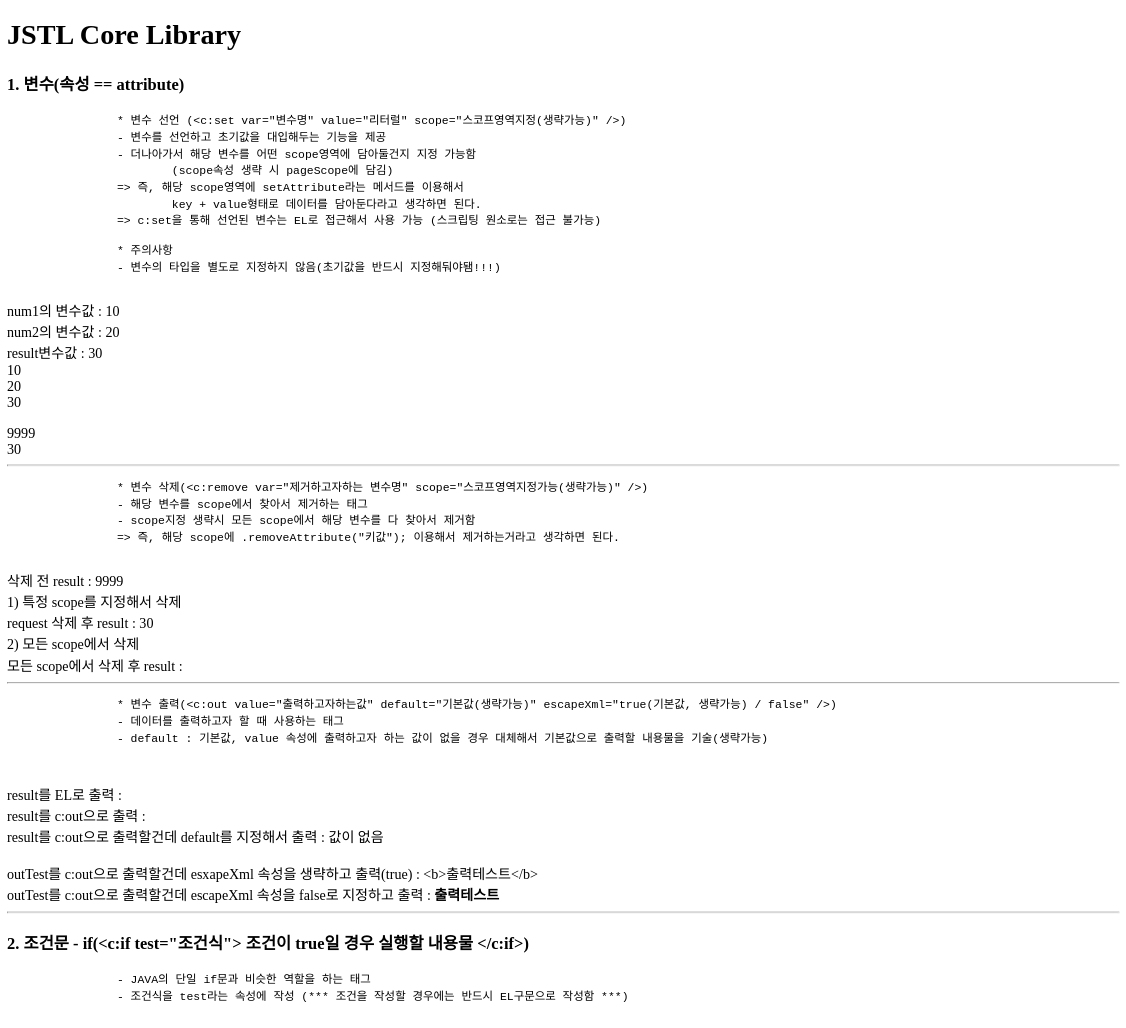
Repository: DonghwanSon1/ajax-jsp-study
Page: http://localhost/ActionProject/views/3_CustomAction/01_core.jsp
An editor plug-in stored every save of this project. The page is shown before and after the next save, followed by the edit.
The browser window is 1280 px wide. The pictures show the whole page, at 88% of full size.
The page is served by Tomcat 9.

Above is the page before, as saved 2022-07-12 07:15:27.

After the next save:
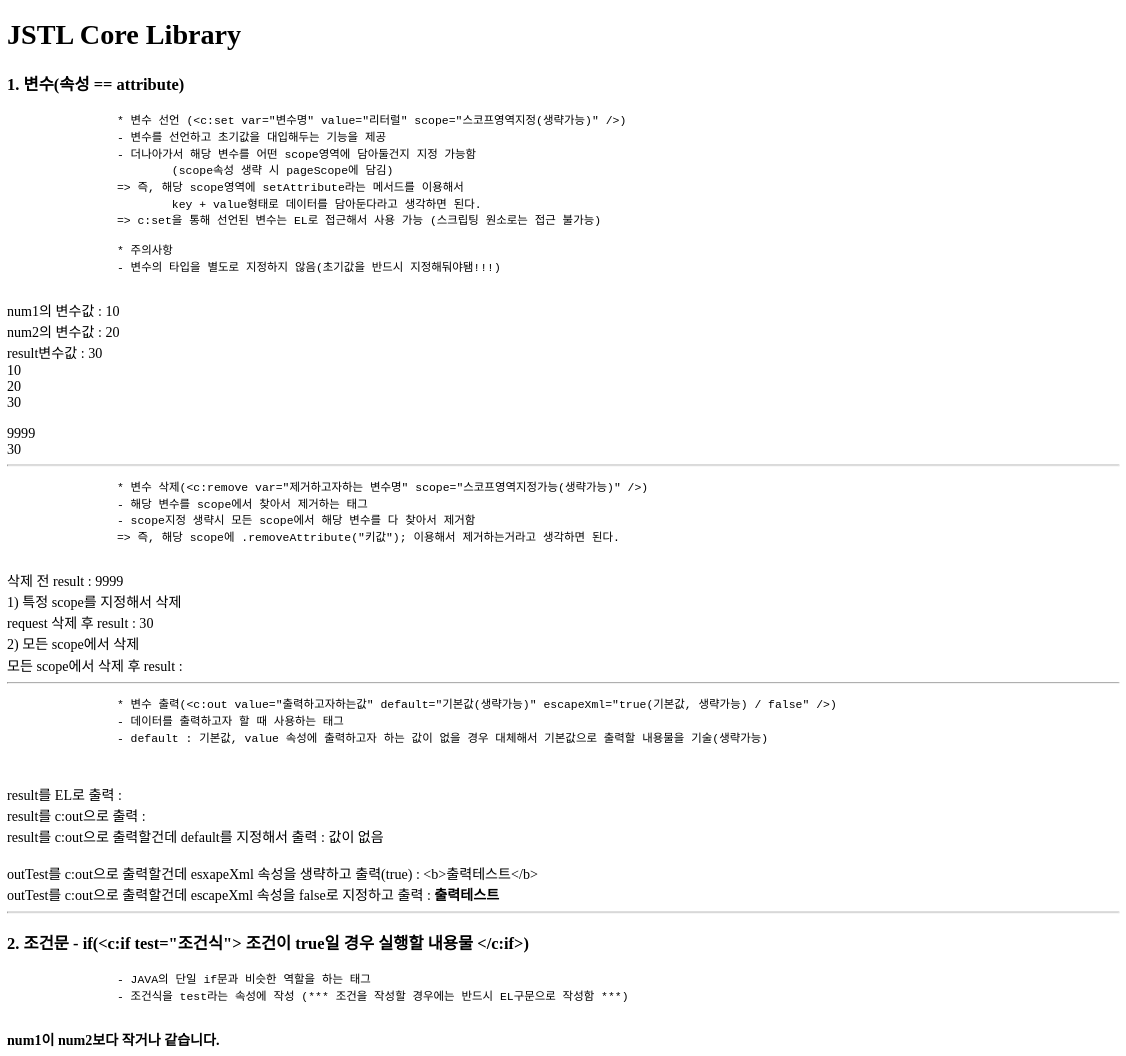
Saved 89 s later.
--- a/ActionProject/WebContent/views/3_CustomAction/01_core.jsp
+++ b/ActionProject/WebContent/views/3_CustomAction/01_core.jsp
@@ -111,7 +111,9 @@
 		<b>num1이 num2보다 큽니다.</b>
 	</c:if>
 
-
+	<c:if test="${ num1 le num2 }">
+		<b>num1이 num2보다 작거나 같습니다.</b>
+	</c:if>
 
 
 
